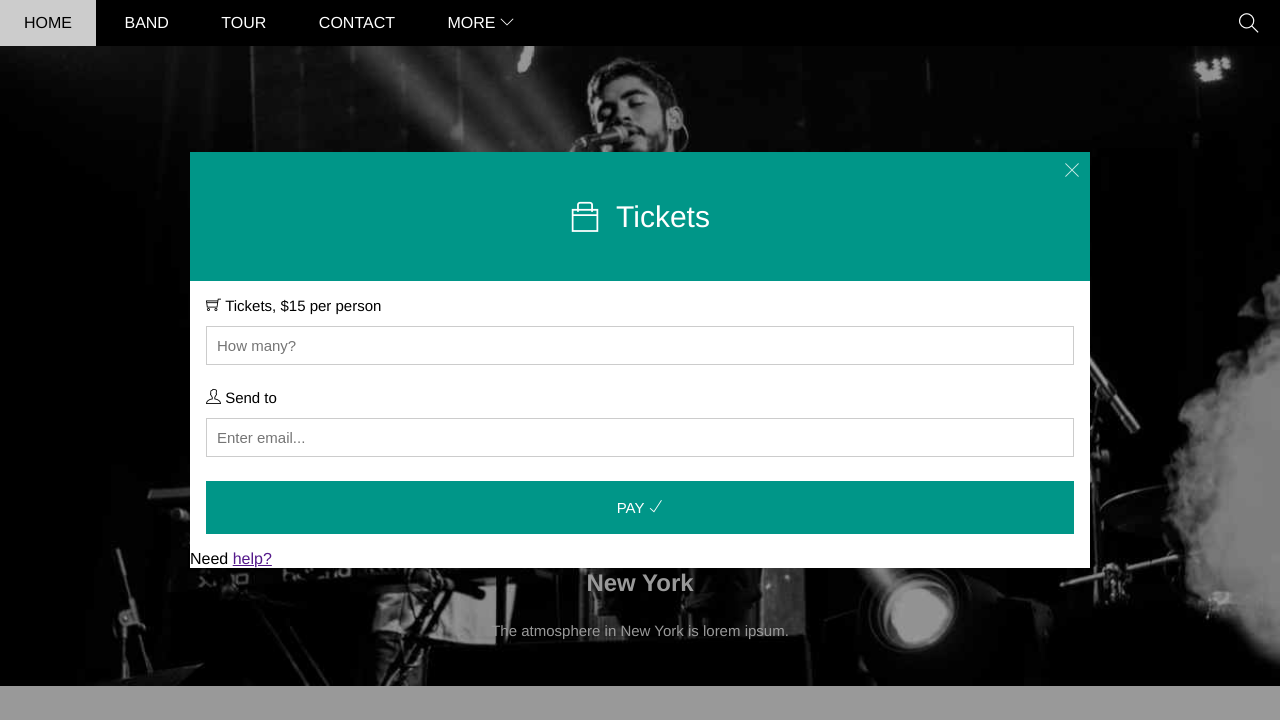
Repository: vophuocthanh/phuocthanhk03
Page: index.html
These files come from the project's save history. The page is drawn as it stood at one moment and after the next save; the edit follows.
The browser window is 1280 px wide. The pictures show the window.
The pointer rests on the first visible `#buy-tickets`.
A layer covers the whole window, so only the first screen is drawn.

Above is the page before, as saved 2022-03-25 22:43:56.

After the next save:
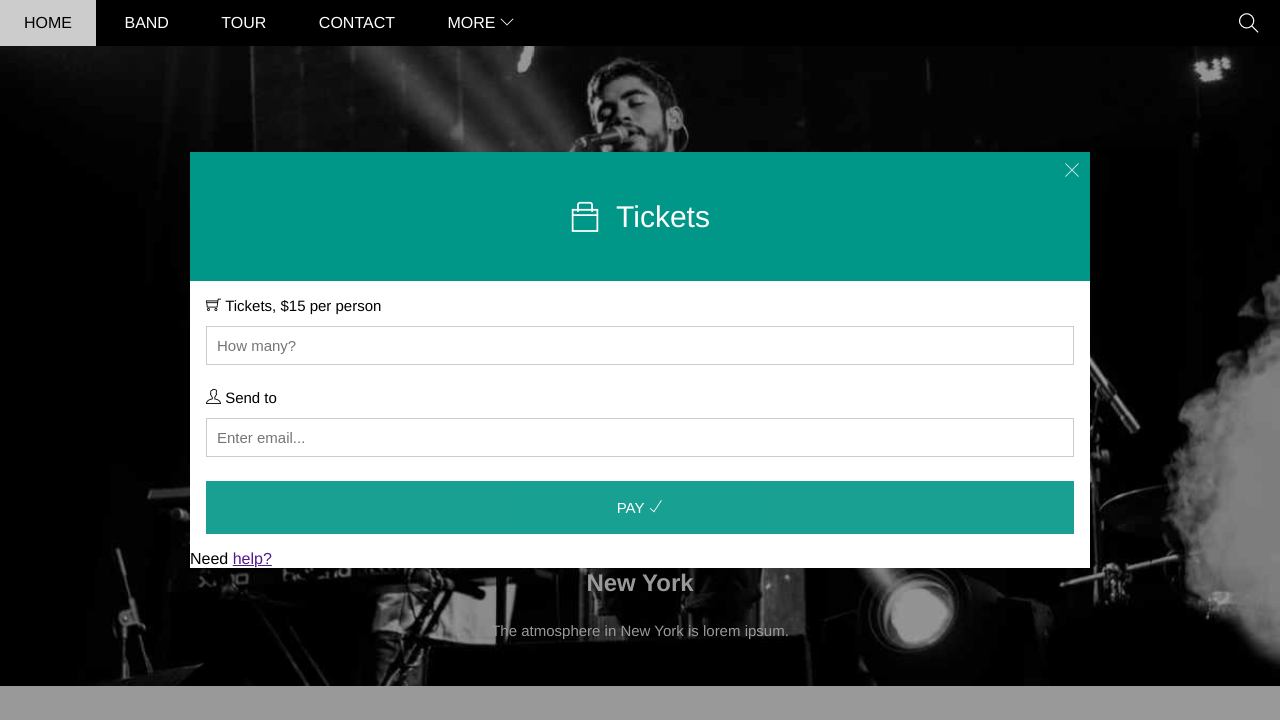
Saved 36 s later.
--- a/asset/css/style.css
+++ b/asset/css/style.css
@@ -376,3 +376,7 @@ html {
     padding: 18px;
     cursor: pointer;
 }
+
+#buy-tickets:hover {
+    opacity: 0.9;
+}
